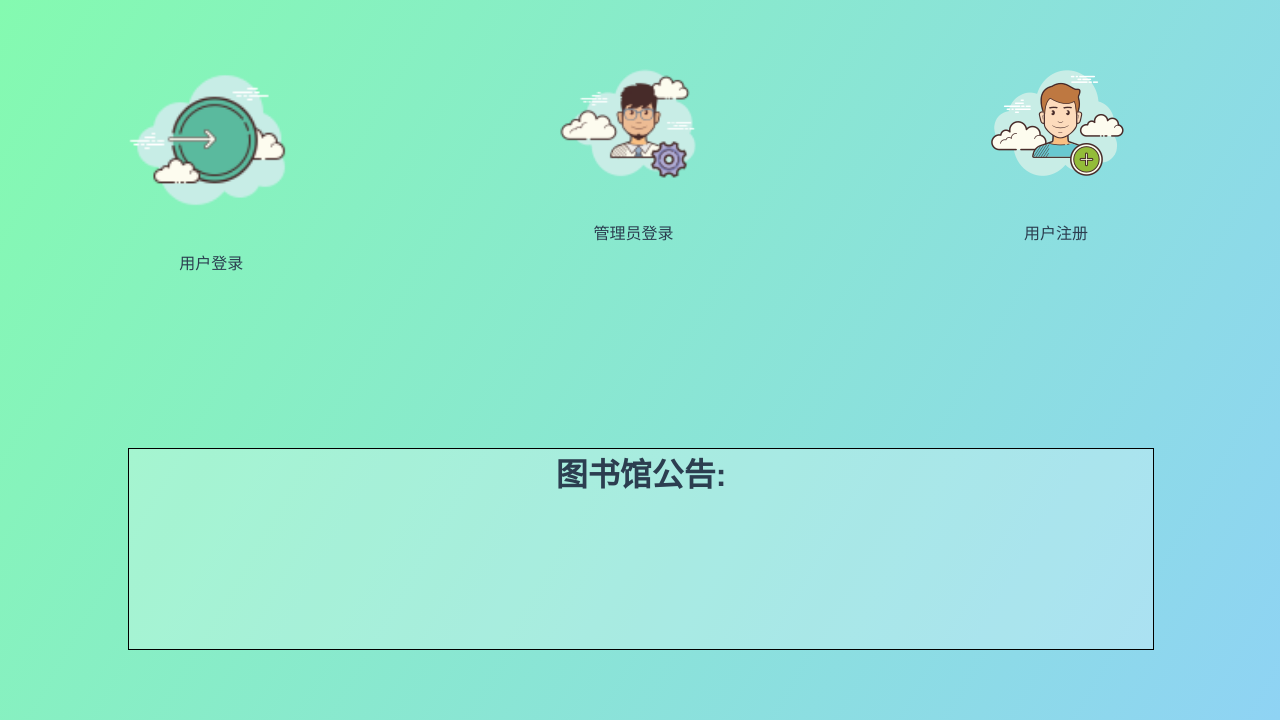
Repository: Akron-xz/helloVue
Page: / (app in vue-library/)
An editor plug-in stored every save of this project. The page is shown before and after the next save, followed by the edit.
The browser window is 1280 px wide. The pictures show the whole page.
The pointer rests on the first visible `.home-img`.
The page's requests for data from a server got no answer. The project was rebuilt for these pictures with package versions that can differ from the ones it lists, and the page was loaded fresh each time. No one was signed in, and anything a server would have sent is missing.

Above is the page before, as saved 2020-11-24 10:55:17.

### vue-library/src/main.js
import Vue from 'vue'
import App from './App.vue'
import ElementUI from 'element-ui';
import 'element-ui/lib/theme-chalk/index.css';
import axios from "axios"
import router from './router'
import Router from 'vue-router'

const routerPush = Router.prototype.push
Router.prototype.push = function push(location) {
    return routerPush.call(this, location).catch(error => error)
}

Vue.config.productionTip = false
Vue.use(ElementUI);
Vue.prototype.$axios = axios;


new Vue({
    router,
    render: h => h(App)
}).$mount('#app')

### vue-library/src/router/index.js
import Vue from 'vue'
import VueRouter from 'vue-router'
import Home from '../views/Home.vue'


Vue.use(VueRouter)

const routes = [{
        path: '/',
        name: 'Home',
        component: Home
    },
    {
        path: '/about',
        name: 'About',
        // route level code-splitting
        // this generates a separate chunk (about.[hash].js) for this route
        // which is lazy-loaded when the route is visited.
        component: () =>
            import ( /* webpackChunkName: "about" */ '../views/About.vue')
    },
    {
        path: '/admin',
        name: 'Admin',
        // route level code-splitting
        // this generates a separate chunk (about.[hash].js) for this route
        // which is lazy-loaded when the route is visited.
        component: () =>
            import ( /* webpackChunkName: "about" */ '../views/Administrator.vue')
    },
    {
        path: "/userLogin",
        name: "UserLogin",
        component: () =>
            import ('../views/UserLogin.vue')
    },
    {
        path: "/user",
        name: "User",
        component: () =>
            import ( /* webpackChunkName: "about" */ '../views/User.vue')
    },
    {
        path: "/signup",
        name: "SignUp",
        component: () =>
            import ('../views/SignUp.vue')
    },
    {
        path: "/adminmain",
        name: "AdminMain",
        component: () =>
            import ('../views/AdminMain.vue')
    },
    {

        path: "/MyInformation",
        name: "MyInformation",
        component: () =>
            import ('../views/MyInformation.vue')
    },
    {
        path: "/library",
        name: "Library",
        component: () =>
            import ( /* webpackChunkName: "about" */ '../views/Library.vue')

    },
    {
        path: "/modifymsg",
        name: "ModifyMsg",
        component: () =>
            import ('../views/ModifyMsg.vue')
    },
    {
        path: "/borrowhistory",
        name: "BorrowHistory",
        component: () =>
            import ('../views/BorrowHistory.vue')
    },
    {
        path: "/newissue",
        name: "NewIssue",
        component: () =>
            import ('../views/NewIssue.vue')
    },
    {
        path: "/booksearch",
        name: "BookSearch",
        component: () =>
            import ('../views/BookSearch.vue')
    },
    {
        path: "/MyBookshelves",
        name: "MyBookshelves",
        component: () =>
            import ('../views/MyBookshelves.vue')
    },
    {
        path: "/modifyAnnounce",
        name: "ModifyAnnounce",
        component: () =>
            import ('../views/ModifyAnnounce.vue')
    },
    {
        path: "/statistics",
        name: "Statistics",
        component: () =>
            import ('../views/Statistics.vue')
    },


]

const router = new VueRouter({
    routes
})

export default router

### vue-library/src/views/Home.vue
<template>
  <div class="home-container">
    <div class="login box">
      <img src="/img/home/login.png" alt="" class="home-img" @click="toLogin" />
      <p class="logo-name" @click="toLogin">用户登录</p>
    </div>

    <div class="admin box">
      <img src="/img/home/admin.png" alt="" class="home-img" @click="toAdmin" />
      <p class="logo-name" @click="toAdmin">管理员登录</p>
    </div>

    <div class="signup box">
      <img
        src="/img/home/signup.png"
        alt=""
        class="home-img"
        @click="toSignUp"
      />
      <p class="logo-name" @click="toSignUp">用户注册</p>
    </div>

    <div class="announce-box">
      <h1>图书馆公告:</h1>
      <p>{{ announceContent }}</p>
    </div>
    <div class="img">
      <!-- <img src="/img/anoncementImg.svg" alt="" class="anoncementImg">  -->
    </div>
  </div>
</template>>


<script>
import axios from "axios";
export default {
  data() {
    return {
      announceTime: "",
      announceContent: "",
      permission: false,
    };
  },
  methods: {
    getAnnounce() {
      axios({
        method: "get",
        url: "http://localhost:8081/announce/list",
      })
        .then((res) => {
          let announceContent = res.data.announceContent;
          this.announceContent = announceContent;
          console.log(announceContent);
        })
        .catch(function (error) {
          //请求失败
          console.log("error...", error);
        });
    },
    // 登录
    toLogin() {
      this.permission = true;
      this.$router.push({ path: "/UserLogin" });
    },
    // 管理员登录
    toAdmin() {
      this.permission = true;
      this.$router.push({ path: "/admin" });
    },
    // 注册账号
    toSignUp() {
      this.permission = true;
      this.$router.push({ path: "/signup" });
    },
  },
  created() {
    this.getAnnounce();
  },

  // 只有点击上面 用户登录 或 管理员登录 或 注册 才能跳转 (导航守卫)
  // beforeRouteLeave (to, from, next) {
  //   if (this.permission) {
  //     next();
  //   }else {
  //     next(false);
  //   }
  // }
};
</script>

<style  scoped>
.home-container {
  position: fixed;
  left: 0;
  top: 0;
  width: 100%;
  height: 100%;
  background-repeat: no-repeat;
  background-size: 100%;
  background-image: linear-gradient(120deg, #84fab0 0%, #8fd3f4 100%);
  text-align: center;
}

.home-img {

  width: 150px;
  height: 150px;
  margin-top: 50px;
  border-radius: 80px;
  cursor: pointer;
  transition: width 1s, height 1s, transform 1s;
}

.home-img:hover {
  width: 180px;
  height: 180px;
}

.logo-name:hover {
  cursor: pointer;
  color: blue;
}

.box {
  list-style-type: none;
  float: left;
  margin: auto;
  width: 33%;
}

.announce-box {
  position: absolute;
  bottom: 70px;
  left: 50%;
  height: 200px;
  width: 80%;
  margin-left: -40%;
  background-color: #ffffff40;
  border: 1px solid black;
}

.announce-box h1 {
  margin-top: 0;
}

.anoncementImg{
  position: relative;
  bottom: 30%;
}
</style>>

Loaded but not shown: vue-library/public/index.html (common file); vue-library/src/App.vue (common file)

After the next save:
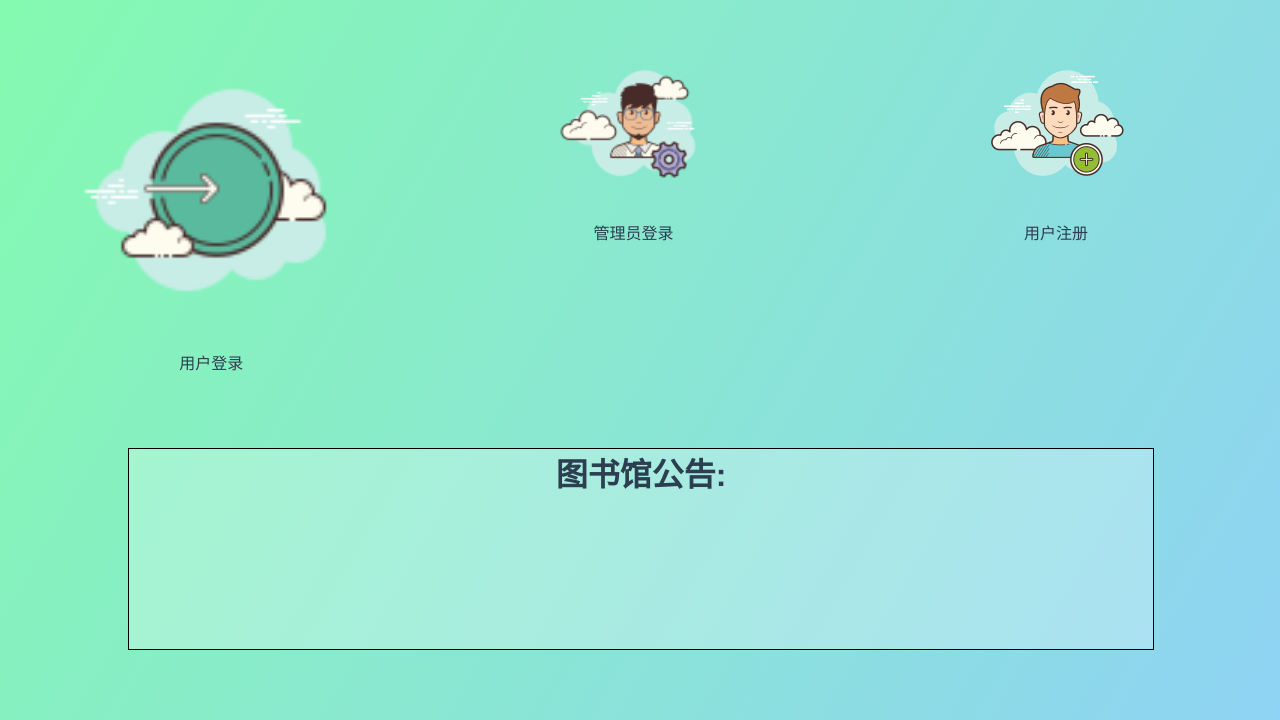
Saved 3 min 0 s later.
--- a/vue-library/src/views/Home.vue
+++ b/vue-library/src/views/Home.vue
@@ -112,8 +112,8 @@ export default {
 }
 
 .home-img:hover {
-  width: 180px;
-  height: 180px;
+  width: 280px;
+  height: 280px;
 }
 
 .logo-name:hover {
